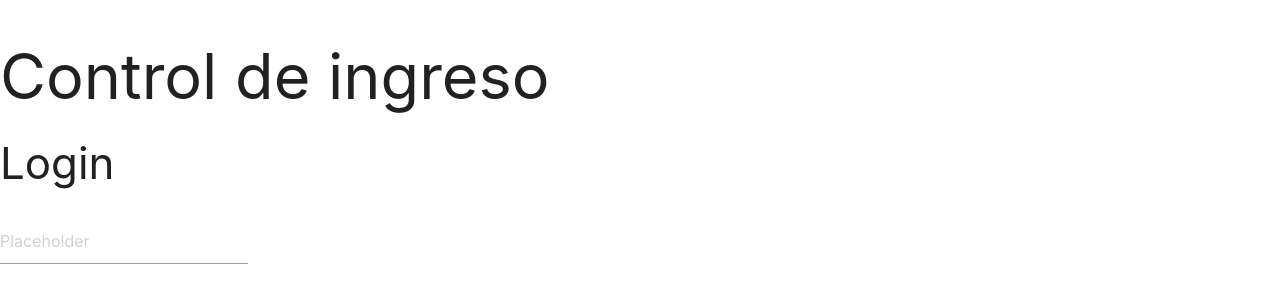
Repository: jairomorenog/proyecto-completo
Page: http://localhost/login/home
These files come from the project's save history. The page is drawn as it stood at one moment and after the next save; the edit follows.
The browser window is 1280 px wide. The pictures show the whole page.
The page is served by Tomcat 9. Other server files are loaded and not shown.

Above is the page before, as saved 2018-11-20 15:47:17.

### login/src/main/webapp/WEB-INF/views/home.jsp
<%@ taglib uri="http://java.sun.com/jsp/jstl/core" prefix="c" %>
<%@ page session="false" %>
<!DOCTYPE html>
<html>
<head>
 <link rel="stylesheet" href="https://cdnjs.cloudflare.com/ajax/libs/materialize/1.0.0/css/materialize.min.css">
	<title>Home</title>
	<meta http-equiv="content-type" content="text/html; utf-8">
</head>
<body>
<header>
<h1>Control de ingreso</h1>
</header>
<section class="principal">
<article>
<header>
<h3>Login</h3>
</header>
<form action="" method="post">
<div class="fila input-field">
<label class="lbluser" id="lbluser" for="first_name"User</label>
<input name="txtuser" id="txtuser" placeholder="Placeholder" type="text" class="txtuser validate" />
</div>

</form>
</article>

</section>
 <script src="https://cdnjs.cloudflare.com/ajax/libs/materialize/1.0.0/js/materialize.min.js"></script>
</body>
</html>

After the next save:
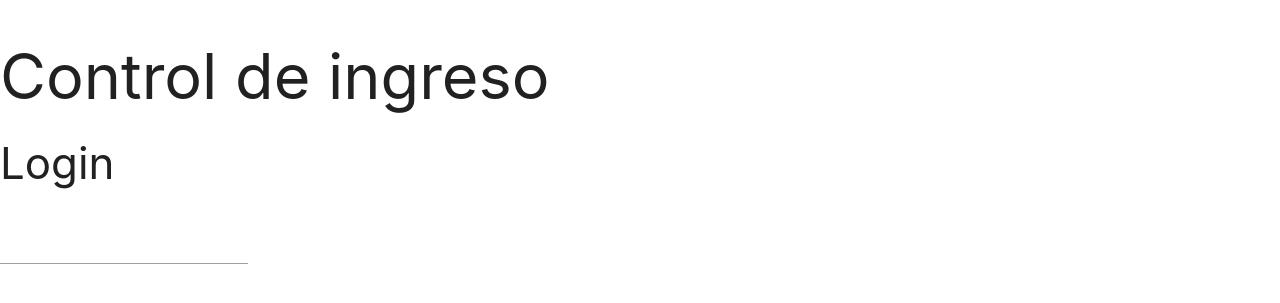
Saved 2 min 5 s later.
--- a/login/src/main/webapp/WEB-INF/views/home.jsp
+++ b/login/src/main/webapp/WEB-INF/views/home.jsp
@@ -18,8 +18,8 @@
 </header>
 <form action="" method="post">
 <div class="fila input-field">
-<label class="lbluser" id="lbluser" for="first_name"User</label>
-<input name="txtuser" id="txtuser" placeholder="Placeholder" type="text" class="txtuser validate" />
+<label class="lbluser" id="lbluser" for="txtuser"User</label>
+<input name="txtuser" id="txtuser" type="text" class="txtuser validate" />
 </div>
 
 </form>
